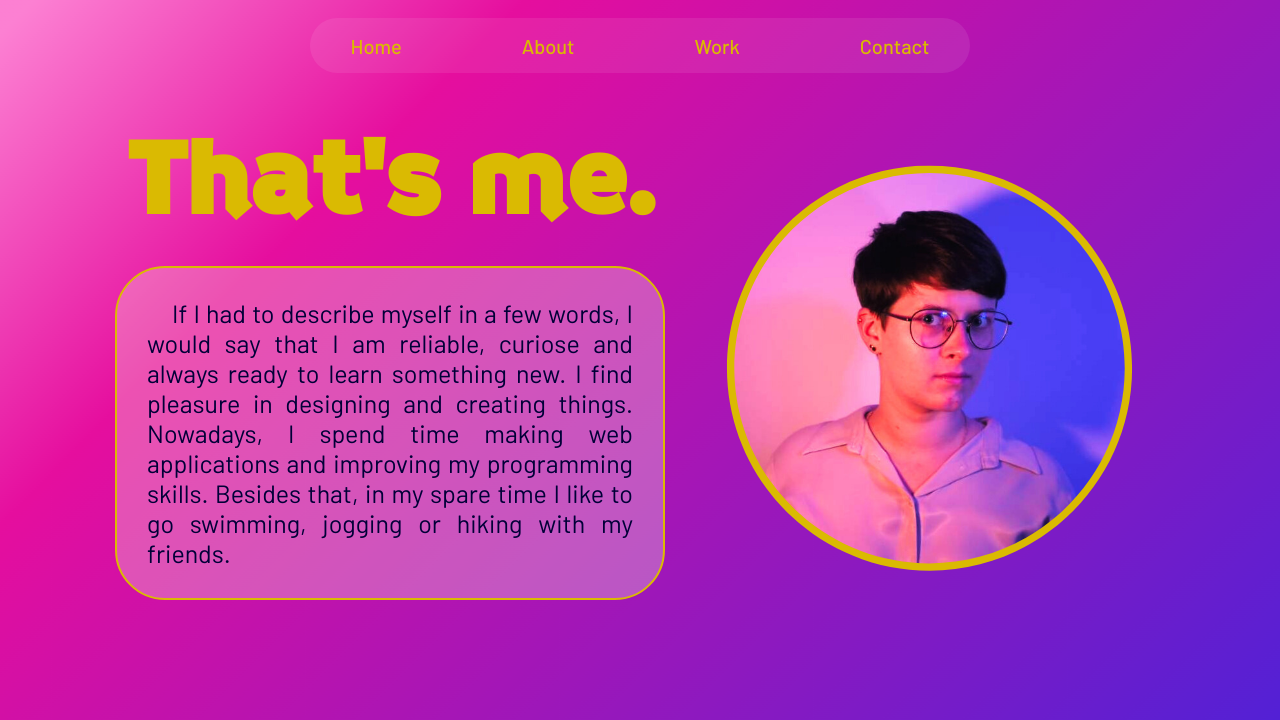
Repository: JJonka/portfolio_site
Page: /about
These files come from the project's save history. The page is drawn as it stood at one moment and after the next save; the edit follows.
The browser window is 1280 px wide. The pictures show the whole page.
The project was rebuilt for these pictures with package versions that can differ from the ones it lists, and the page was loaded fresh each time. Also part of the build but not shown: vite.config.ts, src/pages/HomePage.tsx, src/components/LogoIcon.module.scss, src/components/LogoIcon.tsx, src/pages/Contact.tsx, src/pages/Work.module.scss, src/pages/Work.tsx.

Above is the page before, as saved 2023-10-08 15:59:15.

After the next save:
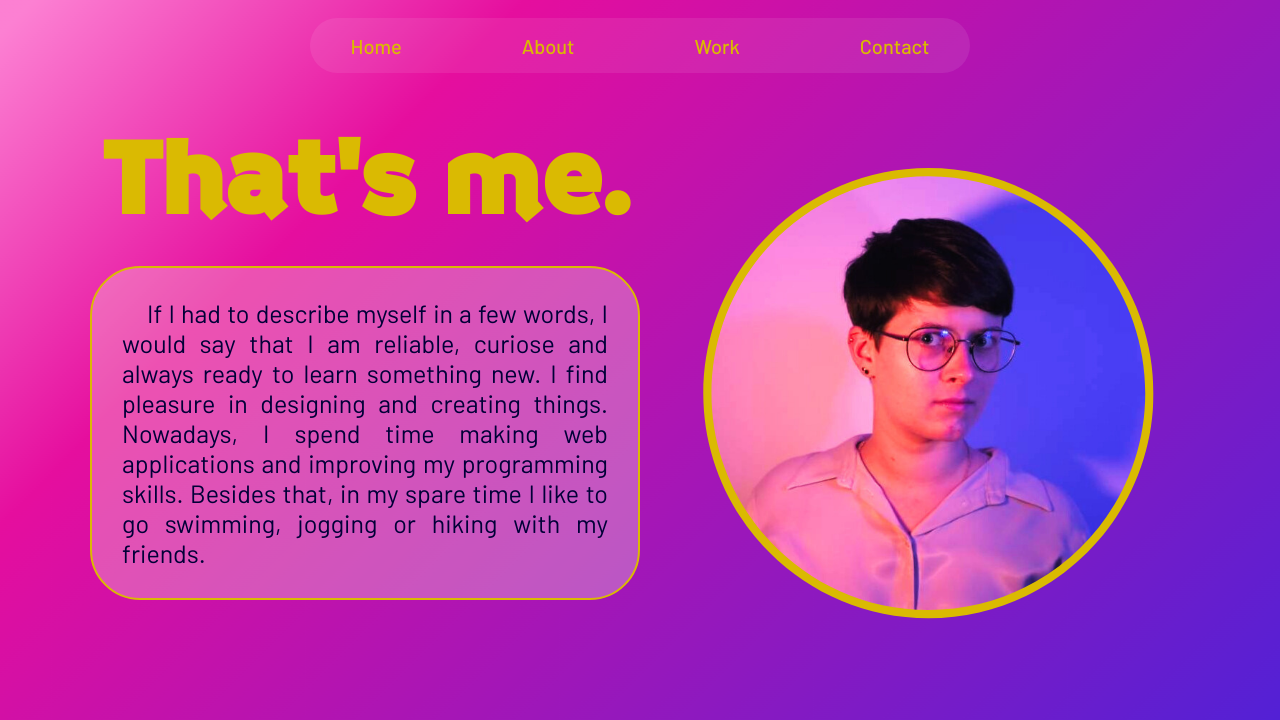
Saved 46 s later.
--- a/src/pages/About.module.scss
+++ b/src/pages/About.module.scss
@@ -21,7 +21,7 @@
     justify-content: center;
     display: flex;
     flex-direction: row;
-    height: 450px;
+    height: 500px;
     width: 1100px;
     gap: 50px;
     margin-bottom: 10px;
